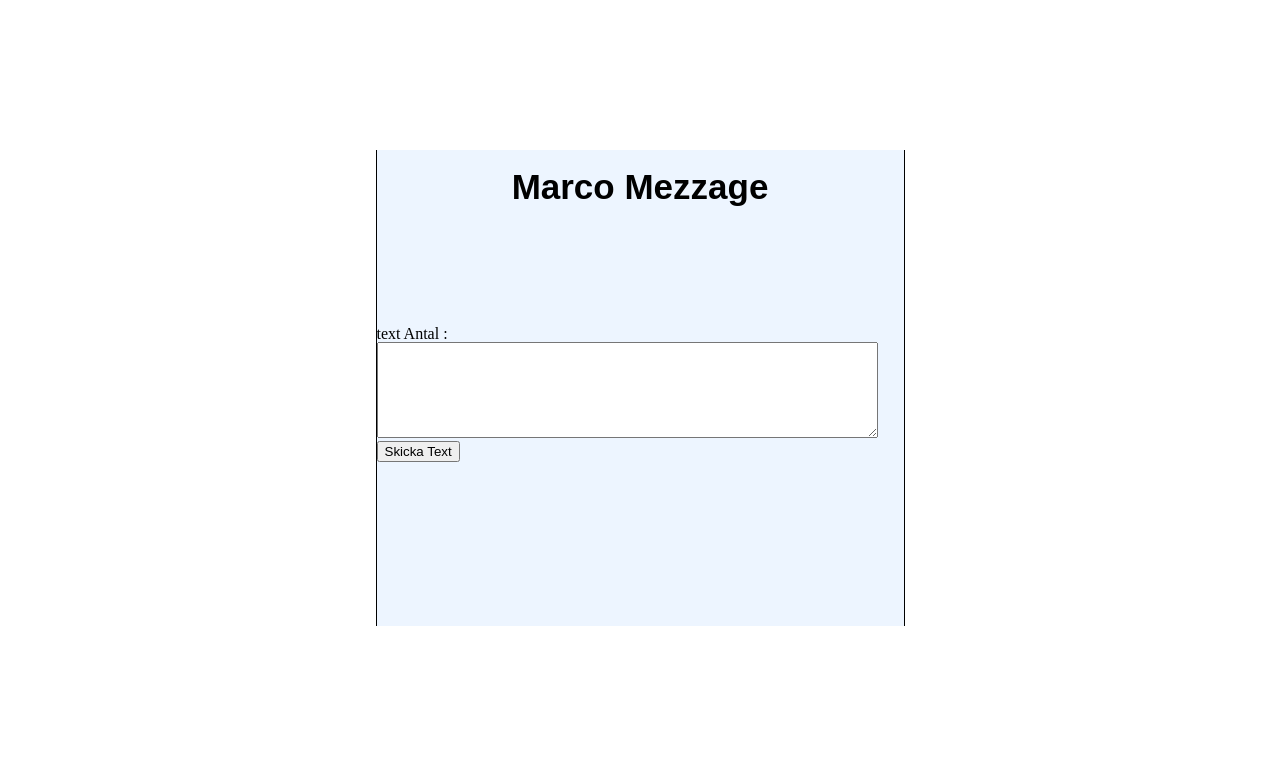
Repository: Marco30/1dv403-laborationer
Page: 2-labbymezzage/index.html
The author's editor kept a record of every edit. The page is drawn from the files as they stood at one moment, then again after the next edit.
The browser window is 1280 px wide. The pictures show the whole page.

Above is the page before.

### 2-labbymezzage/index.html
<!DOCTYPE html>

<html lang="sv">

<head>

	<meta charset="UTF-8" />

 	<title>Mezzage</title>

 	<link href="css/style.css" rel="stylesheet" type="text/css">

    <script src="js/Message.js"></script>

</head>

    <body>

        <div id="inramning"><!--*CSS läger text rutan i mitten-->

             <header><!--titel texten -->
                    <h1>Marco Mezzage</h1>
             </header>

           <main> <!--Alla meddelanden ska samlas här   -->

                <div id="textonpage"><!-- Här kommer jag lad in texten  -->

                </div>

                <div id="textruta">

                    <p>
                        <label id="count">text Antal : </label><!--Visar antal meddelanden som finns på sidan -->
                    </p>

                    <p>
                        <textarea id="text" cols="60" rows="6">
                        </textarea><!--Text ruta, där man kommer skriva in sina meddelanden -->
                    </p>

                    <button id="button">Skicka Text</button><!--Skicka Knapp, Man trycker på för att få upp meddelanden i sidan  -->

                </div>

           </main>

        </div>

    </body>
</html>

### 2-labbymezzage/css/style.css
 /* http://meyerweb.com/eric/tools/css/reset/
v2.0 | 20110126
License: none (public domain)
*/
html, body, div, span, applet, object, iframe,
h1, h2, h3, h4, h5, h6, p, blockquote, pre,
a, abbr, acronym, address, big, cite, code,
del, dfn, em, img, ins, kbd, q, s, samp,
small, strike, strong, sub, sup, tt, var,
b, u, i, center,
dl, dt, dd, ol, ul, li,
fieldset, form, label, legend,
table, caption, tbody, tfoot, thead, tr, th, td,
article, aside, canvas, details, embed,
figure, figcaption, footer, header, hgroup,
menu, nav, output, ruby, section, summary,
time, mark, audio, video {
margin: 0;
padding: 0;
border: 0;
font-size: 100%;
font: inherit;
vertical-align: baseline;
}
/* HTML5 display-role reset for older browsers */
article, aside, details, figcaption, figure,
footer, header, hgroup, menu, nav, section {
display: block;
}
body {
line-height: 1;
}
ol, ul {
list-style: none;
}
blockquote, q {
quotes: none;
}
blockquote:before, blockquote:after,
q:before, q:after {
content: '';
content: none;
}
table {
border-collapse: collapse;
border-spacing: 0;
}

/*Här börjar min CSS */

#inramning
{
width: 527px;
margin: 150px auto;
background-color: #EDF5FF;
border-left: 1px solid #000;
border-right: 1px solid #000;
}

header /* skappar rammen längs upp, den som har sidans namn */
{
height:171px;
}

header H1 /* ger H1 följande egenskaper som alltid är bundna till header div */
{
font-weight: bold;
line-height: 74px;
text-align:center;
 font-family: ‘Lucida Sans Unicode’, ‘Lucida Grande’, sans-serif;
font-size: 35px;
color:black;
}
#textruta
{
    width: 500px;
    height: 300px;
    padding-top: 5px;
}

### 2-labbymezzage/js/Message.js
"use strict";

function Message(message, date) //Konstruktor som har tvo privata variabler, vi använder get och set för att koma åt dem
{

    this.getText = function()// används för att hämta en text
    {
        return message;
    };

    this.setText = function(_text)// används för att lägga till en text
    {
        message = _text;
    };

    this.getDate = function()
    {
        return date;
    };

    this.setDate = function(_date)
    {
        date = _date;
    };
}

Message.prototype.toString = function()
{
    return this.getText()+" ("+this.getDate()+")";
};

 /*var mess = new Message("marco", new Date());
 alert(mess);
 alert(mess.getText());
 mess.setText("enn annan text");
 alert(mess);*/

After the next edit:
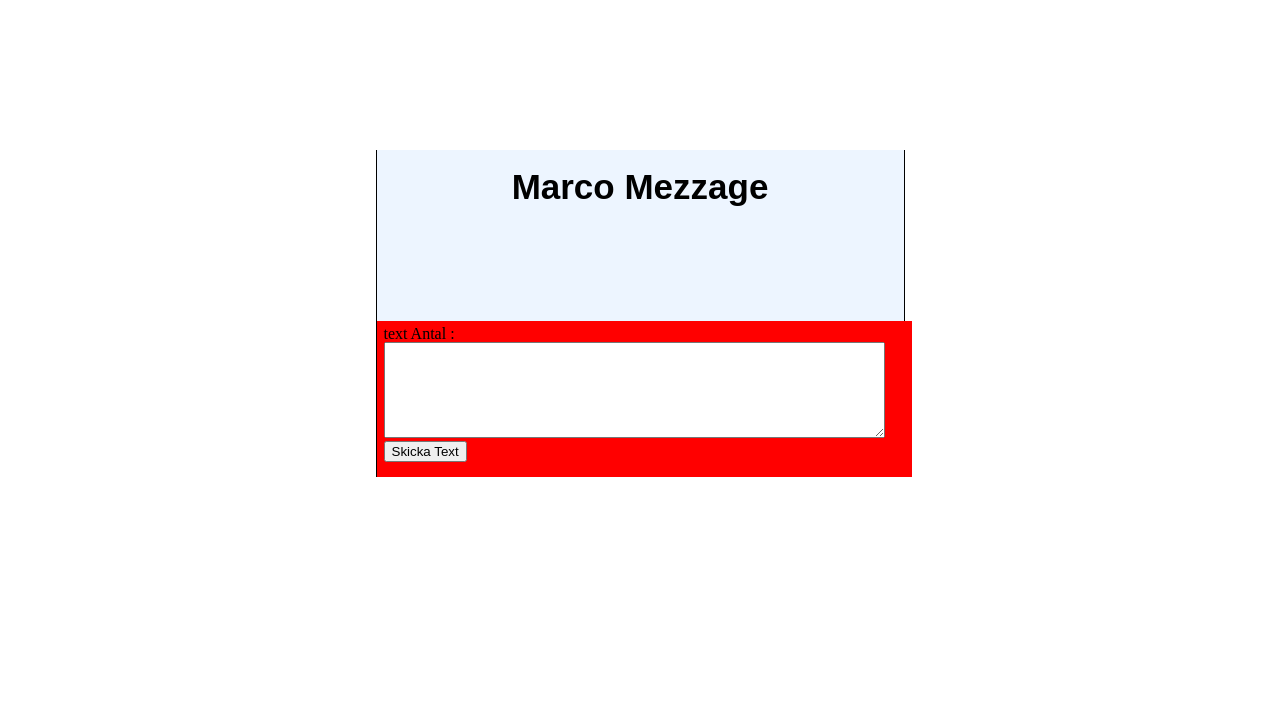
The edit:
--- a/2-labbymezzage/css/style.css
+++ b/2-labbymezzage/css/style.css
@@ -73,7 +73,9 @@
 }
 #textruta
 {
-    width: 500px;
-    height: 300px;
-    padding-top: 5px;
+    height: 151px;
+padding-top: 5px;
+width: 528px;
+background: #F00;
+padding-left: 7px;
 }
